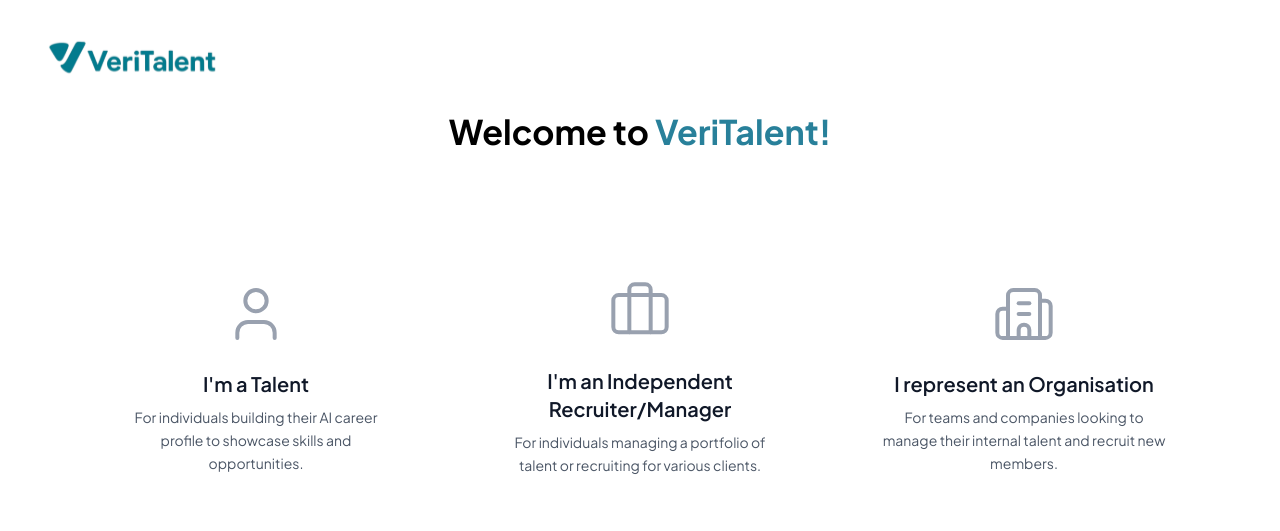
Repository: VeriTalent-Organization/VeriTalent
Page: /
These files come from the project's save history. The page is drawn as it stood at one moment and after the next save; the edit follows.
The browser window is 1280 px wide. The pictures show the whole page.
The project was rebuilt for these pictures with package versions that can differ from the ones it lists, and the page was loaded fresh each time. The framework's server and built-in components were replaced by stand-ins that run in the browser. Also part of the build but not shown: next.config.ts.

Above is the page before, as saved 2025-12-05 17:36:42.

After the next save:
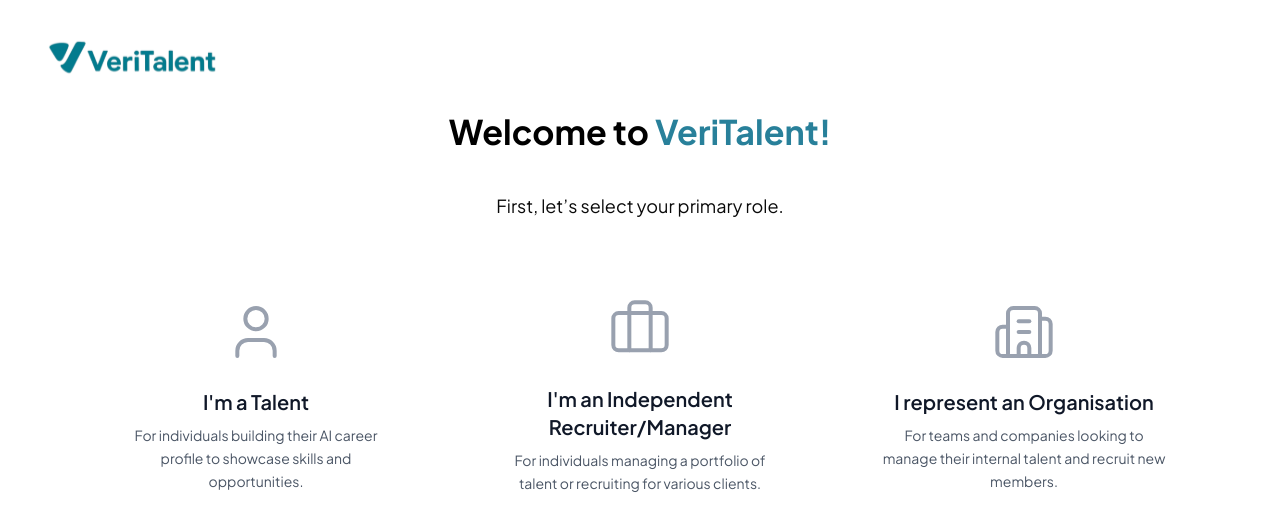
Saved 8 s later.
--- a/app/page.tsx
+++ b/app/page.tsx
@@ -16,7 +16,7 @@
       </div>
       <div className='flex items-center justify-center flex-col gap-12'>
         <Text as='h1' variant='Heading'>Welcome to <span className='text-brand-primary'>VeriTalent!</span></Text>
-        <Text as='h3' variant='SubText'></Text>
+        <Text as='h3' variant='SubText'>First, let’s select your primary role.</Text>
         <div className="grid grid-cols-1 md:grid-cols-3 gap-8 max-w-6xl mx-auto px-4">
       <UserTypeCard
         icon={<User size={64} strokeWidth={1.5} />}
